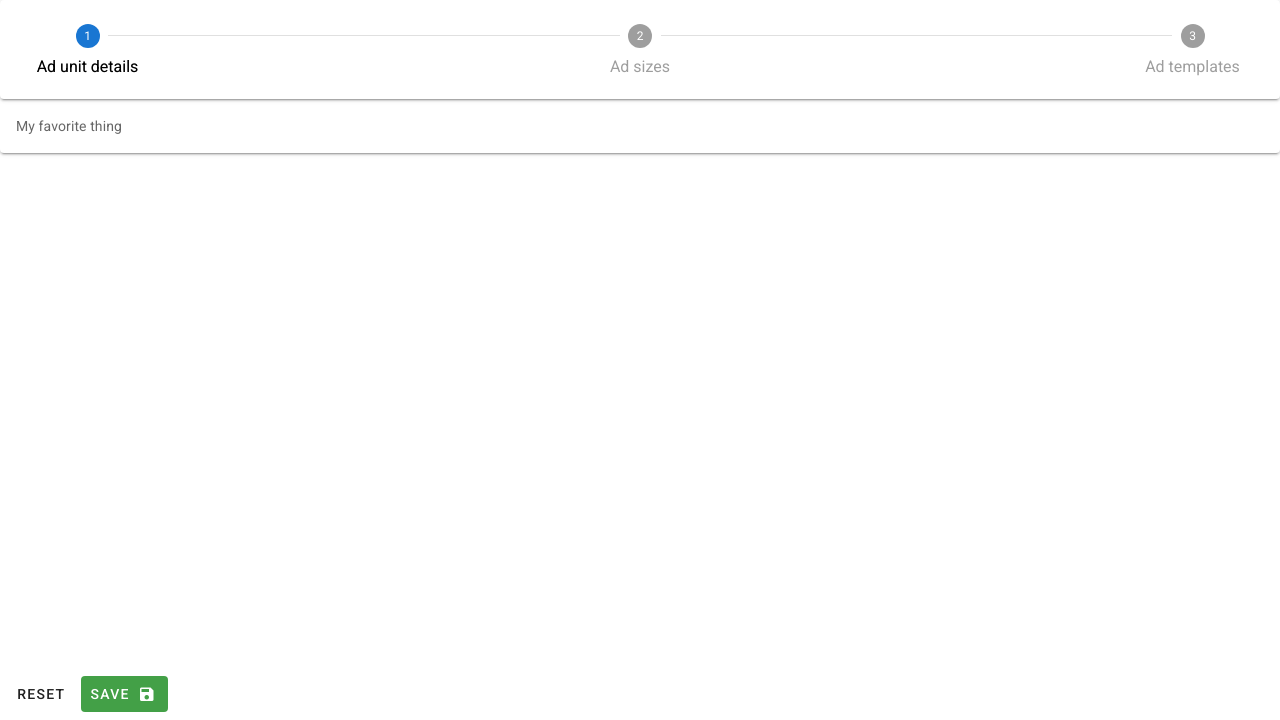
Repository: SidneyHodieb/myc
Page: /addsource
The author's editor kept a copy of each file at every save. The page is drawn from the files as they stood at one save, then again after the next save.
The browser window is 1280 px wide. The pictures show the whole page.
The project was rebuilt for these pictures with package versions that can differ from the ones it lists, and the page was loaded fresh each time. Also part of the build but not shown: vue.config.js, src/views/Home.vue, src/views/addSource/components/format.vue, src/views/addSource/components/card.vue, src/views/addSource/components/trigger.vue.

Above is the page before, as saved 2021-04-03 18:52:59.

After the next save:
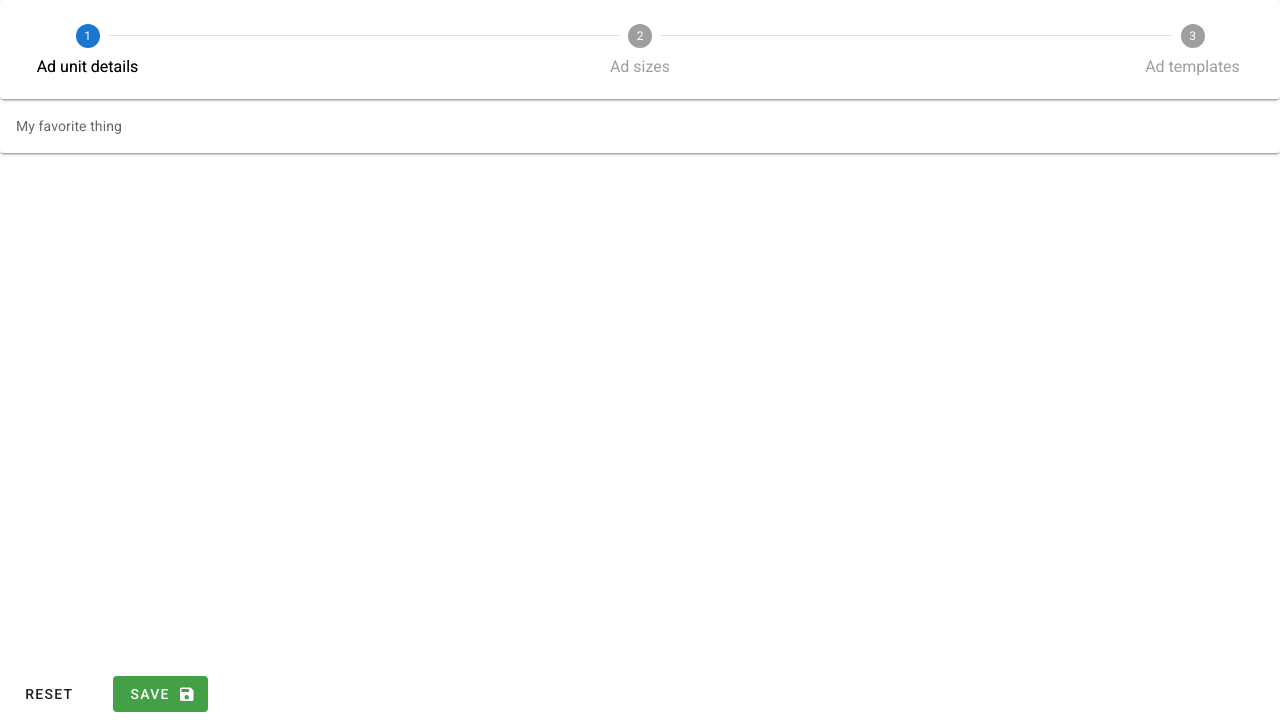
Saved 63 s later.
--- a/src/views/addSource/column.vue
+++ b/src/views/addSource/column.vue
@@ -52,15 +52,18 @@
       </v-row> -->
 
 <v-card-actions style="position:fixed; bottom:0">
+
+    <v-row>
+       <v-col>
       <v-btn
         text
         @click="tree = []"
       >
         Reset
       </v-btn>
-
+       </v-col>
     <!--   <v-spacer></v-spacer> -->
-
+  <v-col>
       <v-btn
         class="white--text"
         color="green darken-1"
@@ -71,6 +74,8 @@
           mdi-content-save
         </v-icon>
       </v-btn>
+      </v-col>
+      </v-row>
     </v-card-actions>
    <!--  <v-sheet
       id="scroll-threshold-example"
